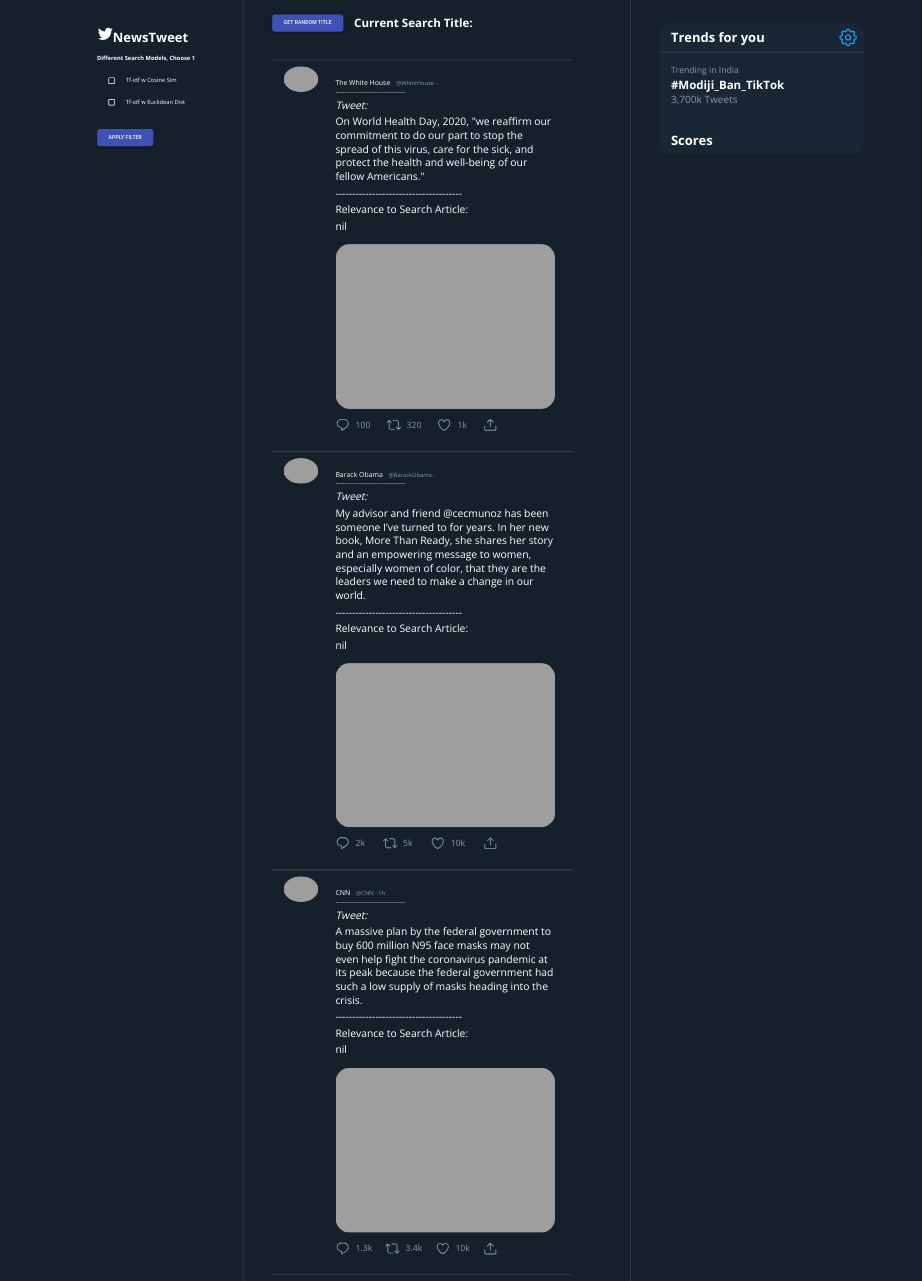
Repository: Dustyik/IR-tweets---disaster-
Page: / (app in Frontend/)
The author's editor kept a copy of each file at every save. The page is drawn from the files as they stood at one save, then again after the next save.
The browser window is 1280 px wide. The pictures show the whole page, at 72% of full size.
Pictures or frames that could not be fetched are drawn as grey boxes. The page's requests for data from a server got no answer. The project was rebuilt for these pictures with package versions that can differ from the ones it lists, and the page was loaded fresh each time. No one was signed in, and anything a server would have sent is missing. Also part of the build but not shown: Frontend/src/components/trending/FollowSuggestionCard.js, Frontend/src/styles/FollowList.css, Frontend/src/components/trending/FollowSuggestionsList.js, Frontend/src/components/StatusCard.js, Frontend/src/pages/Status.js, Frontend/src/components/profile/ProfileHead.js, Frontend/src/components/profile/ProfileDetails.js, Frontend/src/styles/Profile.css and 1 more.

Above is the page before, as saved 2021-08-04 19:52:02.

### Frontend/public/index.html
<!DOCTYPE html>
<html lang="en">

<head>
  <meta charset="utf-8" />
  <link rel="icon" href="%PUBLIC_URL%/favicon.ico" />
  <meta name="viewport" content="width=device-width, initial-scale=1" />
  <meta name="theme-color" content="#000000" />
  <meta name="description" content="Web site created using create-react-app" />
  <link rel="apple-touch-icon" href="%PUBLIC_URL%/logo192.png" />
  <link href="https://fonts.googleapis.com/css2?family=Open+Sans:wght@400;700&display=swap" rel="stylesheet">
  <!--
      manifest.json provides metadata used when your web app is installed on a
      user's mobile device or desktop. See https://developers.google.com/web/fundamentals/web-app-manifest/
    -->
  <link rel="manifest" href="%PUBLIC_URL%/manifest.json" />
  <!--
      Notice the use of %PUBLIC_URL% in the tags above.
      It will be replaced with the URL of the `public` folder during the build.
      Only files inside the `public` folder can be referenced from the HTML.

      Unlike "/favicon.ico" or "favicon.ico", "%PUBLIC_URL%/favicon.ico" will
      work correctly both with client-side routing and a non-root public URL.
      Learn how to configure a non-root public URL by running `npm run build`.
    -->
  <title>React App</title>
</head>

<body>
  <noscript>You need to enable JavaScript to run this app.</noscript>
  <div id="root"></div>
  <!--
      This HTML file is a template.
      If you open it directly in the browser, you will see an empty page.

      You can add webfonts, meta tags, or analytics to this file.
      The build step will place the bundled scripts into the <body> tag.

      To begin the development, run `npm start` or `yarn start`.
      To create a production bundle, use `npm run build` or `yarn build`.
    -->
</body>

</html>

### Frontend/src/App.js
import React from 'react';
import { BrowserRouter as Router, Route } from 'react-router-dom';
import './App.css';
import { Sidebar } from './components/Sidebar';
import { Home } from './pages/Home';
import { Trending } from './components/trending/Trending';
import { GlobalProvider } from './context/GlobalState';
import { Status } from './pages/Status';
import ScrollToTop from './utils/ScrollToTop';
import { Profile } from './pages/Profile';

function App() {
  return (
    <GlobalProvider >
      <Router >

        <ScrollToTop>
          <div className="App">
            <div className="side-nav">
              <Sidebar />
            </div>
            <div className="main trending">

              <Route exact path="/" component={Home} />
              { /*
              <Route exact path="/:id" component={Profile} />
              <Route exact path="/status/:id" component={Status} />
              */}


            </div>

            <div className="trending">
              <Trending />
            </div>
          </div>
        </ScrollToTop>

      </Router>
    </GlobalProvider>
  );
}

export default App;

### Frontend/src/App.css
:root {
    --body-bg        : rgb(21, 32, 43);
    --sky-blue       : rgba(29, 161, 242, 1.00);
    --light          : rgba(255, 255, 2555);
    --grey           : rgb(136, 153, 166);
    --border         : rgb(56, 68, 77);
    --thick-border   : rgb(37, 51, 65);
    --thick-border   : rgb(37, 51, 65);
    --card-background: rgb(25, 39, 52);
}

body {
    background-color: var(--body-bg);
    font-family     : 'Open Sans', sans-serif;
    padding         : 0;
    margin          : 0;
    color           : var(--light);
}

html {
    font-size: 8px;
}

::-webkit-input-placeholder {
    /* Chrome/Opera/Safari */
    font-size  : 2.5rem;
    color      : #9197a3;
    font-weight: 400;
}

::-moz-placeholder {
    /* Firefox 19+ */
    font-size  : 2.5rem;
    color      : #9197a3;
    font-weight: 400;
}

:-ms-input-placeholder {
    /* IE 10+ */
    font-size  : 2.5rem;
    color      : #9197a3;
    font-weight: 400;
}

:-moz-placeholder {
    /* Firefox 18- */
    font-size  : 2.5rem;
    color      : #9197a3;
    font-weight: 400;
}

.App {
    display              : grid;
    grid-template-columns: 2.5fr 4fr 3fr;
}

.side-nav {
    padding-left: 40%;
    padding-top : 3rem;
}

.side-nav svg {
    fill : var(--light);
    width: 2.75rem;
}

.side-nav svg:hover {
    fill: var(--sky-blue);
}

.side-nav-item {
    padding: 2rem 0;

}

.side-nav .side-nav-item .side-nav-text {
    font-size     : 2.25rem;
    font-weight   : 700;
    color         : var(--light);
    padding-left  : 3rem;
    vertical-align: bottom;
}

.avatar {
    display: inline;
}

.avatar img {
    border-radius: 50%;
}


/* helper classes */
.p-0 {
    padding: 0
}


.pl-0 {
    padding-left: 0
}

.p-1 {
    padding: 1rem;
}

.p-2 {
    padding: 2rem
}

.pr-0 {
    padding-right: 0
}

.pb-1 {
    padding-bottom: 1rem;
}

.m-0 {
    margin: 0
}

.mb-0 {
    margin-bottom: 0;
}

.text-center {
    text-align: center;
}

.w-100 {
    width: 100%;
}

.pl-1 {
    padding-left: 1rem;
}

.pr-1 {
    padding-right: 1rem;
}

ul {
    list-style: none;
}

.flex-align-center {
    display    : flex;
    align-items: center;
}

.flex-space-between {
    display        : flex;
    justify-content: space-between;
}

.inline-block {
    display: inline-block;

}


.btn {
    color      : var(--light);
    font-weight: 700;
    cursor     : pointer;
    border     : none;
    background : transparent;
}

.tweet-btn {
    border-radius   : 4rem;
    font-size       : 2rem;
    padding         : 1.5rem;
    background-color: var(--sky-blue);
    width           : 80%;
}

.follow-btn {
    border-radius: 3rem;
    font-size    : 2rem;
    padding      : 0.5rem;
    font-weight  : 700;
    color        : var(--sky-blue);
    border       : 1px solid var(--sky-blue);
}

.pointer {
    cursor: pointer;
}

.bold-dull-para {
    font-size: 1.75rem;
    color    : var(--grey);
}

a {
    text-decoration: none;
    color          : inherit;
}

h1 {
    font-size  : 2.25rem;
    font-weight: 700;
    color      : var(--light);
}

h2 {
    font-size  : 2rem;
    font-weight: 700;
    color      : var(--light);
}

input:focus {
    outline: none;
}

### Frontend/src/pages/Home.js
import React, { useState, useEffect, useContext } from 'react';
import '../styles/Main.css';
import { TweetList } from '../components/TweetList';
import { SearchIcon } from '../images/svg/svgs'
import * as API from "../apifunctions"
import { Button } from '@material-ui/core';
import { GlobalContext } from '../context/GlobalState'


export const Home = () => {
    const [titlesState, setTitlesState] = useState([])
    const { title, setTitle } = useContext(GlobalContext);


    useEffect(() => {
        API.getTitles().then(
            res => {
                const data = JSON.parse(res.data);
                const titlesData = data.title
                const idData = data.id
                var values = []
                for (let i = 0; i < Object.keys(titlesData).length; i++){
                    values.push({
                        title: titlesData[i],
                        id: idData[i]
                    })
                }
                setTitlesState(values)
            }
        ).catch(
            err => console.log("Error fetching titles", err)
        )
    }, [])

    const randomButtonClick = () => {
        const randomElement = titlesState[Math.floor(Math.random() * titlesState.length)];
        setTitle(randomElement)
    }

    return (
        <>
            <div style = {{display:"flex", flexDirection:"row", alignItems:"center"}}>
            {/*
            <div className="search-box flex-align-center">
                    <SearchIcon />
                    <input placeholder="Search Our Corpus Using Headlines" className="search-input w-100" type="text" />
            </div>
            */}
            <Button
                onClick = {randomButtonClick}
                variant="contained"
                style = {{height:"50%", marginRight:"15px"}}
                color="primary">
                Get Random Title
            </Button>

            <h2 style = {{display:"flex", alignItems:"center", textAlign:"center"}}>
                Current Search Title:
            </h2>

            </div>


            <h2 style = {{display:"flex", justifyContent:"center"}}>
               {title.title}
            </h2>
                {/*
            <NewTweet />
                */}
            <div className="tweets">
                <TweetList />
            </div>
        </>
    )
}

### Frontend/src/components/trending/Trending.js
import React from 'react';
import '../../styles/Trending.css';
import { SearchIcon } from '../../images/svg/svgs'
import { TrendsList } from './TrendsList';
import { FollowSuggestionsList } from './FollowSuggestionsList';


export const Trending = () => {
    return (
        <>
            <div>

                <div className="trends-list m-0">

                    <TrendsList />

                    <h1>
                    Scores
                    </h1>
                </div>
                {/*
                <div className="follow-list">
                    <FollowSuggestionsList />
                </div>
                */}
            </div>
        </>
    )
}

### Frontend/src/utils/ScrollToTop.js
import React, { useEffect, Fragment } from 'react';
import { withRouter } from 'react-router-dom';

function ScrollToTop({ history, children }) {
    useEffect(() => {
        const unlisten = history.listen(() => {
            window.scrollTo(0, 0);
        });
        return () => {
            unlisten();
        }
    }, []);

    return <Fragment>{children}</Fragment>;
}

export default withRouter(ScrollToTop);

### Frontend/src/images/avatars.js
import React from 'react'

export const SmallAvatar = ({ width, image }) => {
    return (
        <div className="avatar">
            <img width={width} src={image} alt="avatar" />
        </div>
    )
}

### Frontend/src/apifunctions.js
import axios from 'axios';

export const getTitles = () => {
    console.log("get Titles called")
    return axios.get("http://localhost:5000/getTitles")
}

export const applySearchFilters = (data, title, id) => {
    return axios.post("http://localhost:5000/applySearchModels", {
            data: data,
            queryTitle: title,
            articleId: id

        }
    )
}

### Frontend/src/styles/Main.css
/* main styles */
.main {
    border-left : 1px solid var(--border);
    border-right: 1px solid var(--border);
    ;
}

.home {
    padding-left : 2.5rem;
    border-bottom: 1px solid var(--border);
}

.new-tweet {
    padding              : 1rem;
    display              : grid;
    grid-template-columns: 1fr 9fr;
    border-bottom        : 1rem solid var(--thick-border);
}

.new-tweet .left,
.right {
    padding: 0 1rem;
}

.new-tweet input {
    padding    : 2rem 0;
    background : transparent;
    border     : none;
    color      : var(--light);
    font-size  : 2rem;
    font-weight: 700;
}

.new-tweet-options {
    padding-right  : 1rem;
    display        : flex;
    justify-content: space-between;
    align-items    : center;
}

.new-tweet .add-icons {
    margin-right: 1rem;
}

.new-tweet .add-icons svg {
    width  : 3rem;
    fill   : var(--sky-blue);
    padding: 1rem;
}

.new-tweet .add-icons svg:first-child {
    padding-left: 0;
}

### Frontend/src/components/TweetList.js
import React, { useContext } from 'react'
import TweetCard from './TweetCard'
import { GlobalContext } from '../context/GlobalState'

export const TweetList = () => {
    const { tweets } = useContext(GlobalContext);

    return (
        <>
            {tweets.map((tweet, index) => (<TweetCard key={index} tweet={tweet} />))}
        </>
    )
}

### Frontend/src/styles/Trending.css
.trending {
    padding: 1rem 10rem 1rem 5rem;
}

.trending .search-box {
    width     : 100%;
    background: transparent;

    background-color: var(--thick-border);
    border-radius   : 5rem;
    border          : none;
}

.trending .search-box svg {
    width       : 3rem;
    fill        : var(--grey);
    padding-left: 1rem;

}

.trending .search-box input {
    padding   : 1.5rem;
    font-size : 2rem;
    width     : 100%;
    background: transparent;
    border    : none;
    color     : var(--light);
}

.trends-list {
    background-color: var(--card-background);
    border-radius   : 2rem;
    margin-top      : 3rem;
}

.trends-list h1 {
    padding: 1rem 2rem;

}

.trends-for-you {
    padding-right: 1rem;
}

.trends-for-you svg {
    width: 3.5rem;
    fill : var(--sky-blue);
}

.trends-card {
    border-top   : 1px solid var(--border);
    border-bottom: 1px solid var(--border);
    padding      : 2rem;
}

.trends :last-child {
    border-bottom: none;
}

.trends-topic {
    font-size: 1.5rem;
    color    : var(--grey);
}

.trend-tweet-count {
    font-size: 1.75rem;
    color    : var(--grey);
}



.trending ::-webkit-input-placeholder {
    /* Chrome/Opera/Safari */
    font-size  : 2rem;
    color      : #9197a3;
    font-weight: 400;
}

.trending ::-moz-placeholder {
    /* Firefox 19+ */
    font-size  : 2rem;
    color      : #9197a3;
    font-weight: 400;
}

.trending :-ms-input-placeholder {
    /* IE 10+ */
    font-size  : 2rem;
    color      : #9197a3;
    font-weight: 400;
}

.trending :-moz-placeholder {
    /* Firefox 18- */
    font-size  : 2rem;
    color      : #9197a3;
    font-weight: 400;
}

### Frontend/src/components/trending/TrendsList.js
import React, {useContext} from 'react';
import { Trend } from '../trending/Trend';
import { SettingsIcon } from '../../images/svg/svgs';

import { GlobalContext } from '../../context/GlobalState'


export const TrendsList = () => {

    const {rankingModel} = useContext(GlobalContext);


    const trends = [
        {
            name: '#Modiji_Ban_TikTok',
            topic: 'Trending in India',
            tweets: '3,700k'
        }
    ]
    return (
        <div>
            <div className="trends-for-you flex-space-between">
                <h1 className="m-0">Trends for you</h1>
                <SettingsIcon />
            </div>
            <div>
                {rankingModel}
                {console.log("scores", rankingModel)}
            </div>
            <div className="trends">
                {trends.map(trend => (<Trend trend={trend} />))}
            </div>
        </div>
    )
}

### Frontend/src/context/AppReducer.js
const MAX = 30
const MIN = 0

export default (state, action) => {
    switch (action.type) {

        case "ADD_RANKING_SCORE":
            return {
                ...state,
                rankingModel: [...state.rankingModel, action.payload]
            }


        case 'DELETE_TRANSACTION':
            return {
                ...state,
                transactions: state.transactions.filter(transaction => transaction.id !== action.payload)
            }
        case 'ADD_TWEET':
            const newTweet = {
                user: {
                    name: action.payload.name,
                    image: action.payload.image,
                    handle: `@${action.payload.name}`,
                },
                tweet: {
                    content: action.payload.tweet,
                    image: null,
                    comments: Math.floor(Math.random()*(MAX-MIN)+MIN),
                    retweets: Math.floor(Math.random()*(MAX-MIN)+MIN),
                    likes: Math.floor(Math.random()*(MAX-MIN)+MIN),
                    relevance: action.payload.relevance
                }
            };
            return {
                ...state,
                tweets: [...state.tweets, newTweet]
            }

        case "SET_TITLE":
            return {
            ...state,
            title: action.payload
        }

        case "SET_SEARCH_MODEL":
            return {
            ...state,
            searchModels: action.payload
        }

        case "REMOVE_ALL_TWEETS":
            return {
            ...state,
            tweets: []
        }


        default:
            return state
    }
}

### Frontend/src/components/trending/Trend.js
import React from 'react'

export const Trend = ({ trend }) => {
    return (
        <div className="trends-card">
            <p className="trends-topic m-0">{trend.topic}</p>
            <h2 className="m-0">{trend.name}</h2>
            <p className="trend-tweet-count m-0">{trend.tweets} Tweets</p>
        </div>
    )
}

### Frontend/src/styles/StatusCard.css
.tweets {}

.status-card {
    /* padding              : 1rem;
    display                 : grid;
    grid-template-columns   : 1fr 9fr; */
    border-bottom           : 0.5px solid var(--border);
    border-top              : 0.5px solid var(--border);

}

.status-card .left,
.right {
    padding: 2rem;
}

.status-card .left {
    display    : flex;
    align-items: center;

}

.status-card .right {
    padding-top: 0;
}

.status-card .status-card-name {
    font-size    : 2rem;
    font-weight  : 700;
    padding-right: 1rem;
}

.status-card .status-card-handle,
.status-card-time {
    font-size: 1.5rem;
    color    : var(--grey);
}

.status-card .status-card-body .status-card-content p {
    font-size : 2.5rem;
    margin-top: .5rem;
}

.status-card .status-card-body .status-card-image {
    margin-top: 2rem;
}

.status-card .status-card-body .status-card-image img {
    width        : 100%;
    border-radius: 20px;
}

.status-card .status-card-footer {
    padding-right: 10rem;
    display      : flex;

    justify-content: space-around;
    padding-top    : 1rem;
    width          : 100%;
}

.status-card .status-card-footer svg {
    fill : var(--grey);
    width: 2.5rem;
}

.status-card .status-card-footer .tweet-cars-icon {
    line-height : 2;
    font-size   : 1.5rem;
    color       : var(--grey);
    padding-left: 1rem;
}

.status {
    display    : flex;
    align-items: center;
    padding    : 0 2rem;
    display    : flex;
    align-items: center;
}

.status h1 {
    display     : inline-block;
    padding-left: 1rem;
}

.status svg {
    width: 4rem;
    fill : var(--sky-blue);
}

### Frontend/src/styles/TweetCard.css
.tweets {}

.tweet-card {
    padding              : 1rem;
    display              : grid;
    grid-template-columns: 1fr 9fr;
    border-bottom        : 0.5px solid var(--border);
    border-top           : 0.5px solid var(--border);

}

.tweet-card .left,
.right {
    padding: 0 1rem;
}

.tweet-card .tweet-card-head .tweet-card-name {
    font-size    : 1.2rem;
    font-weight  : 300;
    padding-right: 1rem;
}

.tweet-card .tweet-card-head .tweet-card-name:hover {
    text-decoration: underline;
}

.tweet-card .tweet-card-head .tweet-card-handle,
.tweet-card-time {
    font-size: rem;
    color    : var(--grey);
}

.tweet-card .tweet-card-body .tweet-card-content p {
    font-size : 1.8rem;
    margin-top: .5rem;
}

.tweet-card .tweet-card-body .tweet-card-image {
    margin-top: 2rem;
}

.tweet-card .tweet-card-body .tweet-card-image img {
    width        : 100%;
    border-radius: 20px;
}

.tweet-card .tweet-card-footer {
    padding-right  : 10rem;
    display        : flex;
    justify-content: space-between;
    padding-top    : 1rem;
}

.tweet-card .tweet-card-footer svg {
    fill : var(--grey);
    width: 2.5rem;
}

.tweet-card .tweet-card-footer .tweet-cars-icon {
    line-height : 2;
    font-size   : 1.5REM;
    color       : var(--grey);
    padding-left: 1rem;
}

Loaded but not shown: Frontend/src/index.js (common file); Frontend/src/images/svg/svgs.js (66 lines, source omitted); Frontend/src/context/GlobalState.js (124 lines, source omitted); Frontend/src/components/TweetCard.js (67 lines, source omitted); Frontend/src/components/Sidebar.js (113 lines, source omitted)

After the next save:
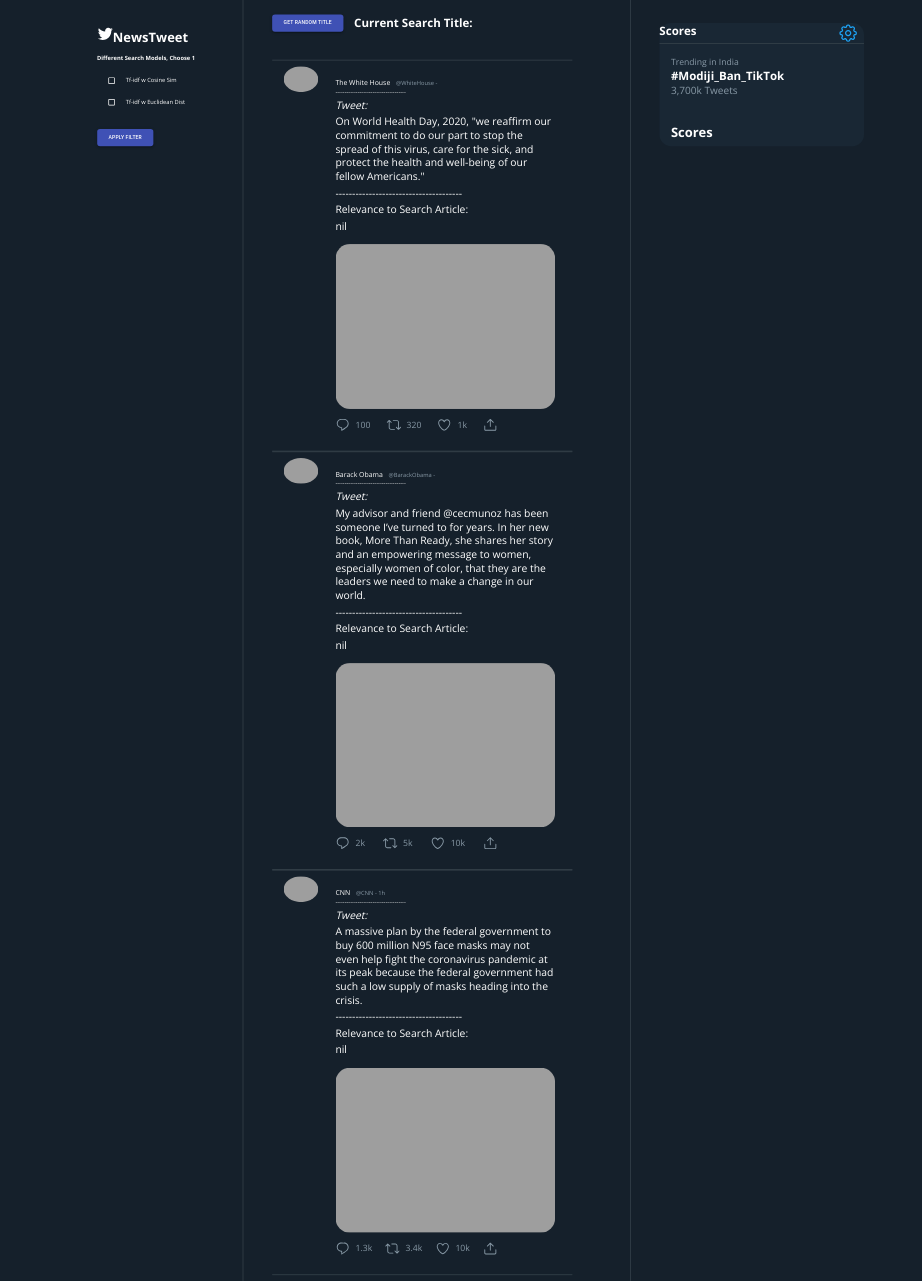
Saved 12 s later.
--- a/Frontend/src/components/trending/TrendsList.js
+++ b/Frontend/src/components/trending/TrendsList.js
@@ -20,7 +20,7 @@
     return (
         <div>
             <div className="trends-for-you flex-space-between">
-                <h1 className="m-0">Trends for you</h1>
+                <h2 className="m-0">Scores</h2>
                 <SettingsIcon />
             </div>
             <div>
